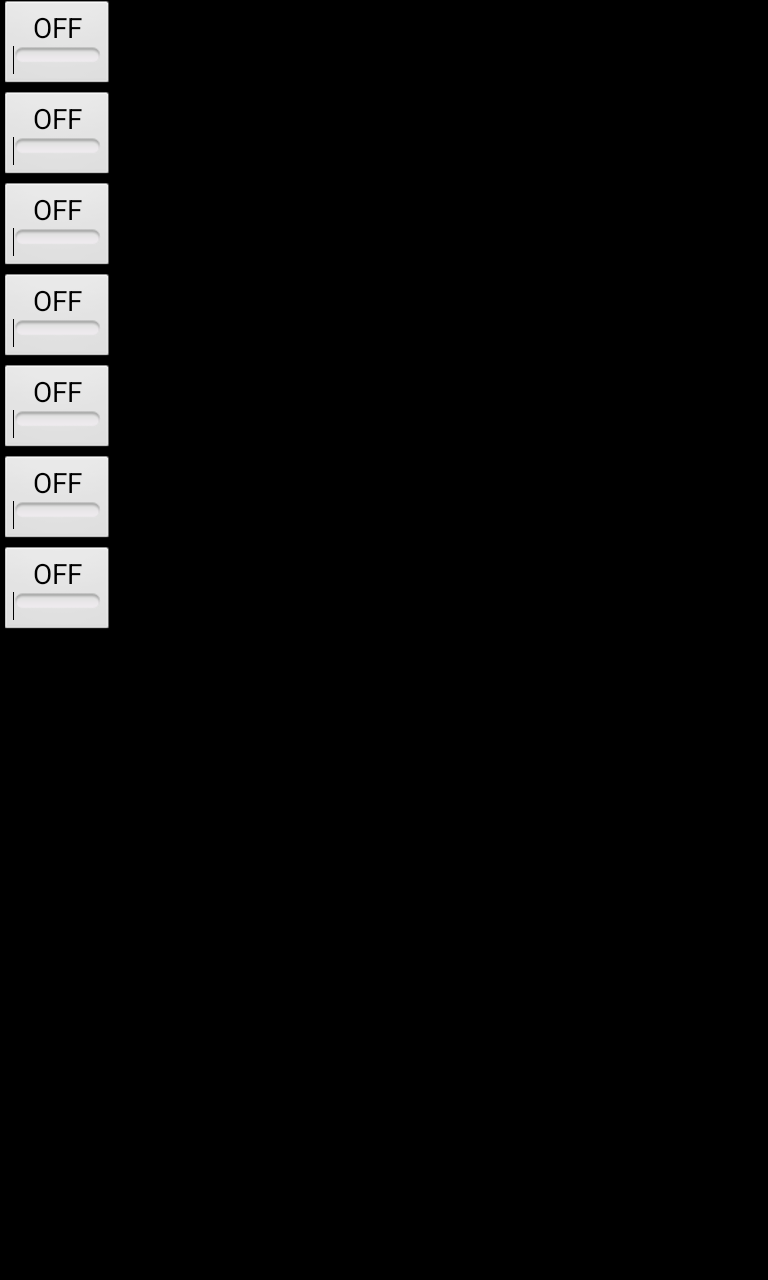
Repository: andrewmacquarrie/BoardTests
Layout: BoardTest/res/layout/main.xml
These files come from the project's save history. The layout is drawn as it stood at one moment and after the next save; the edit follows.
It is drawn on a 768 x 1280 px phone screen (xhdpi) without system bars, with theme android:Theme; the app's code is not run.

Above is the layout before, as saved 2011-03-29 12:44:34.

### BoardTest/res/layout/main.xml
<?xml version="1.0" encoding="utf-8"?>
<LinearLayout xmlns:android="http://schemas.android.com/apk/res/android"
    android:orientation="vertical"
    android:layout_width="fill_parent"
    android:layout_height="fill_parent"
    >
<ToggleButton
     android:tag="1"
     android:onClick="toggleOutput" />
<ToggleButton
     android:layout_height="wrap_content"
     android:layout_width="wrap_content"
     android:tag="2"
     android:onClick="toggleOutput" />
<ToggleButton
     android:layout_height="wrap_content"
     android:layout_width="wrap_content"
     android:tag="3"
     android:onClick="toggleOutput" />
<ToggleButton
     android:layout_height="wrap_content"
     android:layout_width="wrap_content"
     android:tag="4"
     android:onClick="toggleOutput" />
<ToggleButton
     android:layout_height="wrap_content"
     android:layout_width="wrap_content"
     android:tag="5"
     android:onClick="toggleOutput" />
<ToggleButton
     android:layout_height="wrap_content"
     android:layout_width="wrap_content"
     android:tag="6"
     android:onClick="toggleOutput" />
<ToggleButton
     android:layout_height="wrap_content"
     android:layout_width="wrap_content"
     android:tag="7"
     android:onClick="toggleOutput" />
<ToggleButton
     android:layout_height="wrap_content"
     android:layout_width="wrap_content"
     android:tag="8"
     android:onClick="toggleOutput" />
</LinearLayout>

After the next save:
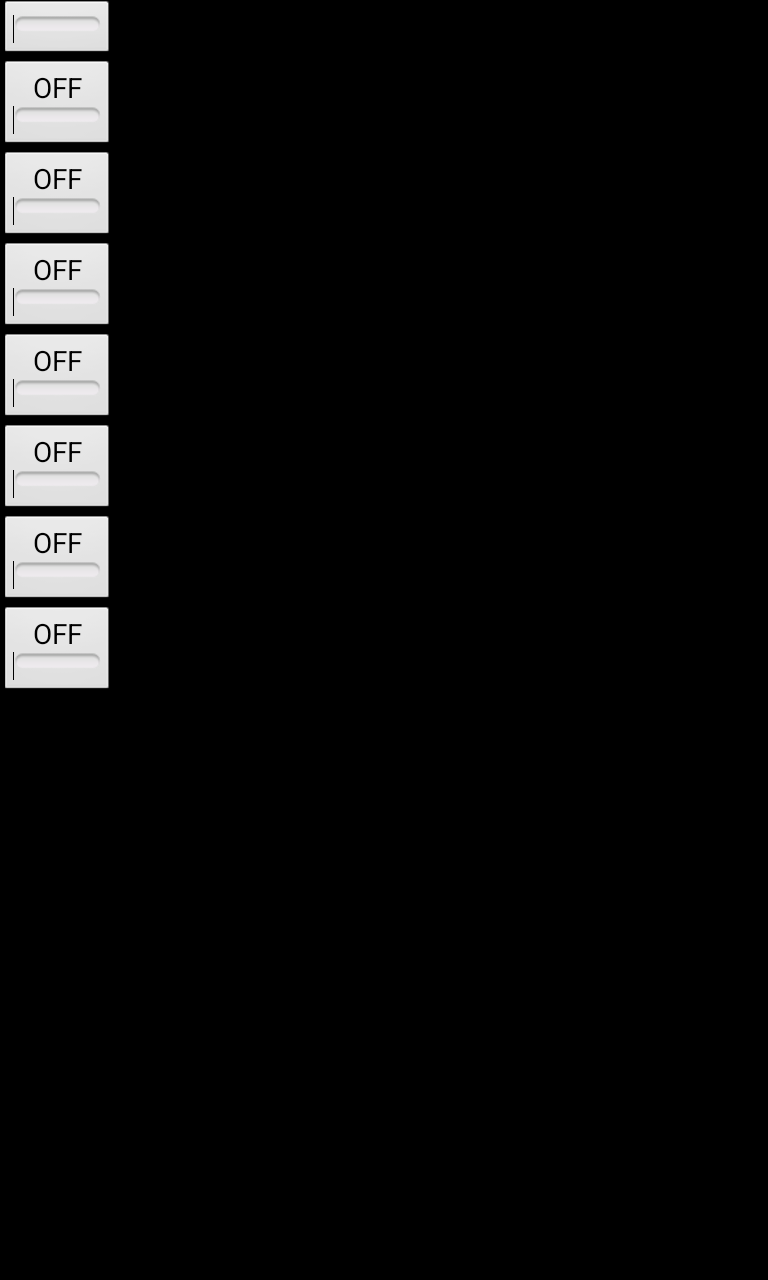
Saved 16 s later.
--- a/BoardTest/res/layout/main.xml
+++ b/BoardTest/res/layout/main.xml
@@ -5,6 +5,8 @@
     android:layout_height="fill_parent"
     >
 <ToggleButton
+     android:layout_height="30"
+     android:layout_width="wrap_content"
      android:tag="1"
      android:onClick="toggleOutput" />
 <ToggleButton
